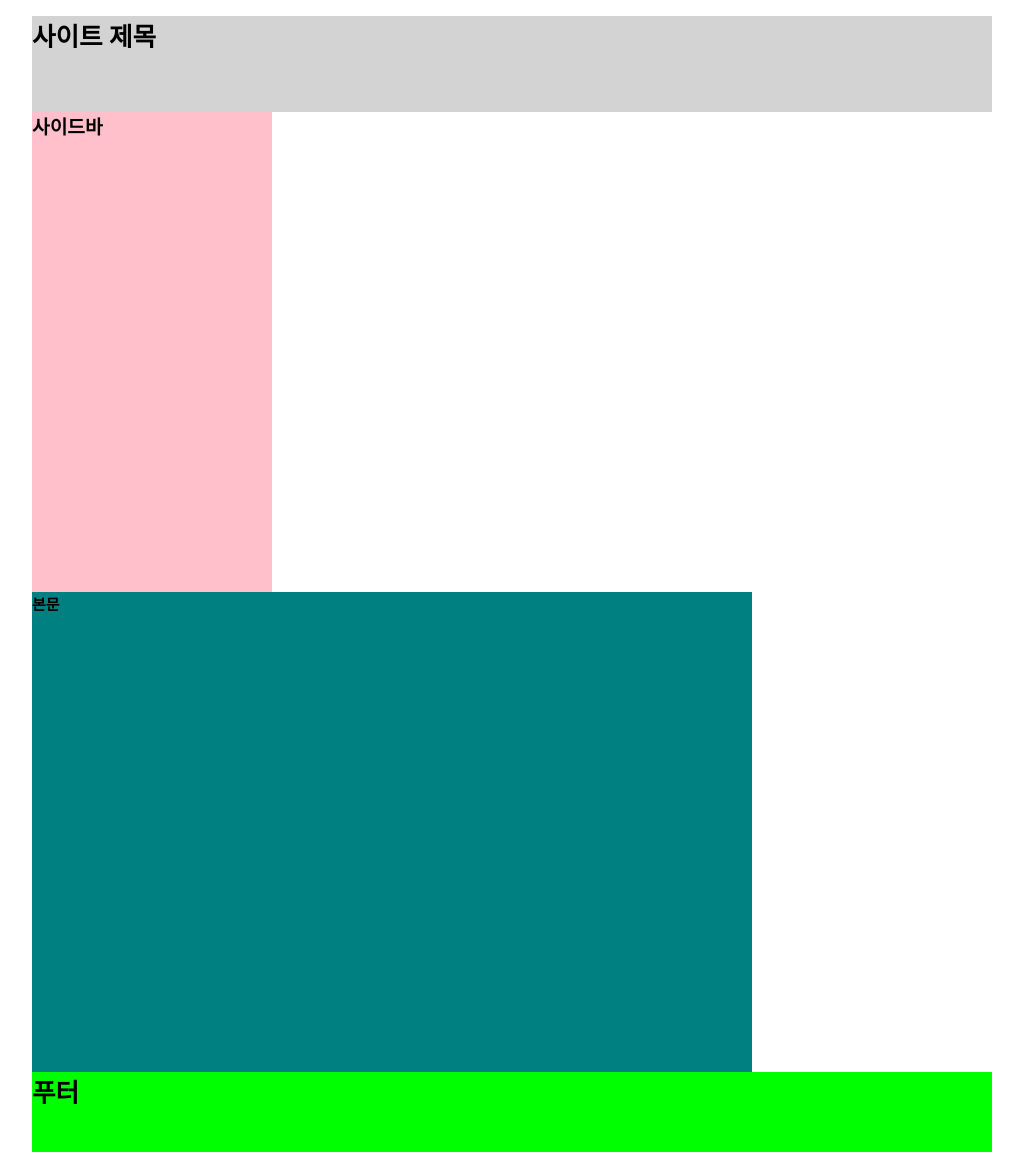
Repository: Kebiskim/2023_WebStudy
Page: 01_css/src/main/webapp/day02/Ex04_Layout_Float.html
An editor plug-in stored every save of this project. The page is shown before and after the next save, followed by the edit.
The browser window is 1280 px wide. The pictures show the whole page, at 80% of full size.

Above is the page before, as saved 2023-06-26 02:23:09.

After the next save:
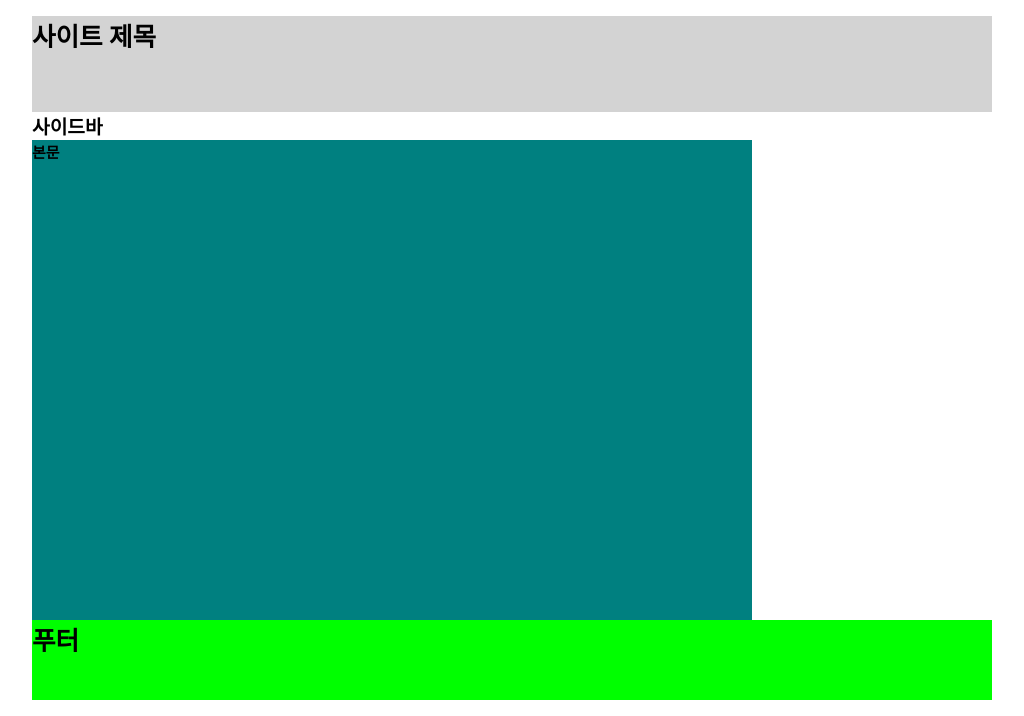
Saved 15 min 27 s later.
--- a/01_css/src/main/webapp/day02/Ex04_Layout_Float.html
+++ b/01_css/src/main/webapp/day02/Ex04_Layout_Float.html
@@ -18,7 +18,7 @@
 		height: 120px;
 		background-color: lightgray;
 	}
-	#sidebar{
+	#left-sidebar{
 		width: 300px;
 		height: 600px;
 		background-color: pink;

After the 3 saves that followed:
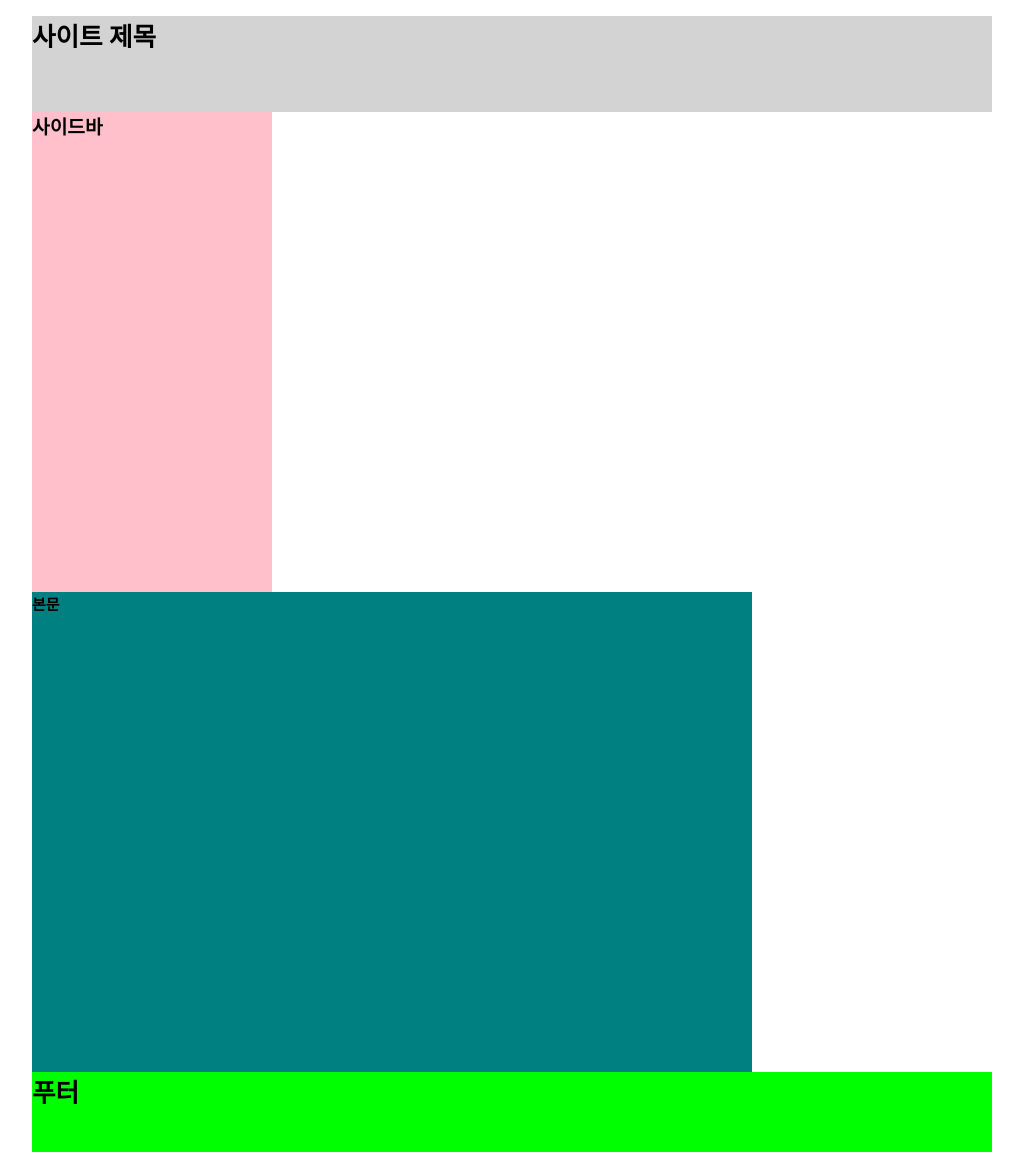
The 3 saves are shown as one change because 1 left the picture as it was and some came seconds apart.
The last was saved 33 s later.
--- a/01_css/src/main/webapp/day02/Ex04_Layout_Float.html
+++ b/01_css/src/main/webapp/day02/Ex04_Layout_Float.html
@@ -23,6 +23,11 @@
 		height: 600px;
 		background-color: pink;
 	}
+	#right-sidebar{
+		width: 300px;
+		height: 600px;
+		background-color: pink;
+	}
 	#contents{
 		width: 900px;
 		height: 600px;
@@ -44,7 +49,7 @@
 		<header id="header">
 			<h1>사이트 제목</h1>
 		</header>
-		<aside id="sidebar">
+		<aside id="left-sidebar">
 			<h1>사이드바</h1>
 		</aside>
 		<section id="contents">
